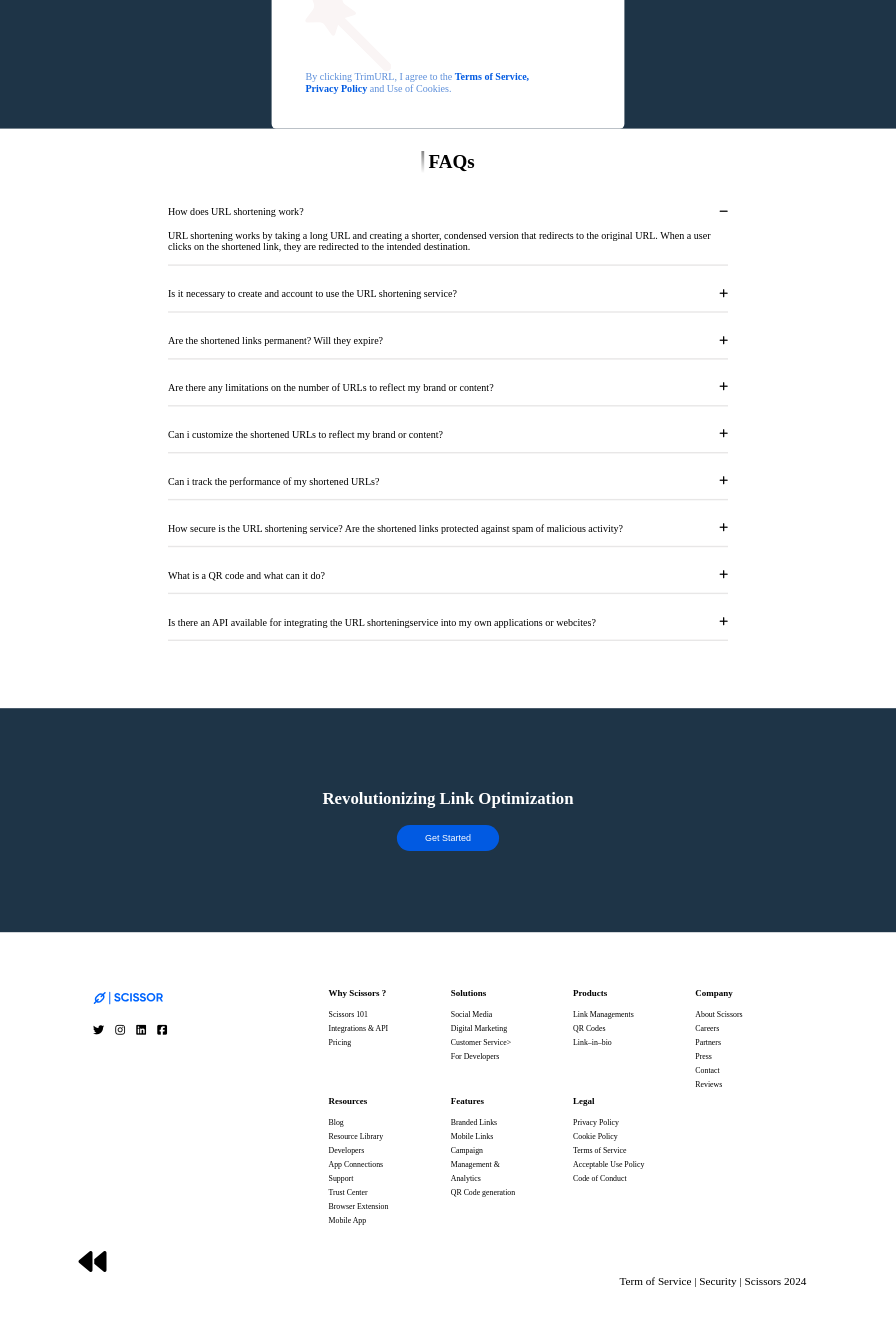
Repository: dark-txch/ass-1-6
Page: src/pages/scissors.html
The author's editor kept a copy of each file at every save. The page is drawn from the files as they stood at one save, then again after the next save.
The browser window is 1280 px wide. The pictures show the part of the page from y = 2484 to 4404 px (the page is 4404 px tall), at 70% of full size.
Some web libraries are served in a nearby version.

Above is the page before, as saved 2024-11-29 18:58:31.

After the next save:
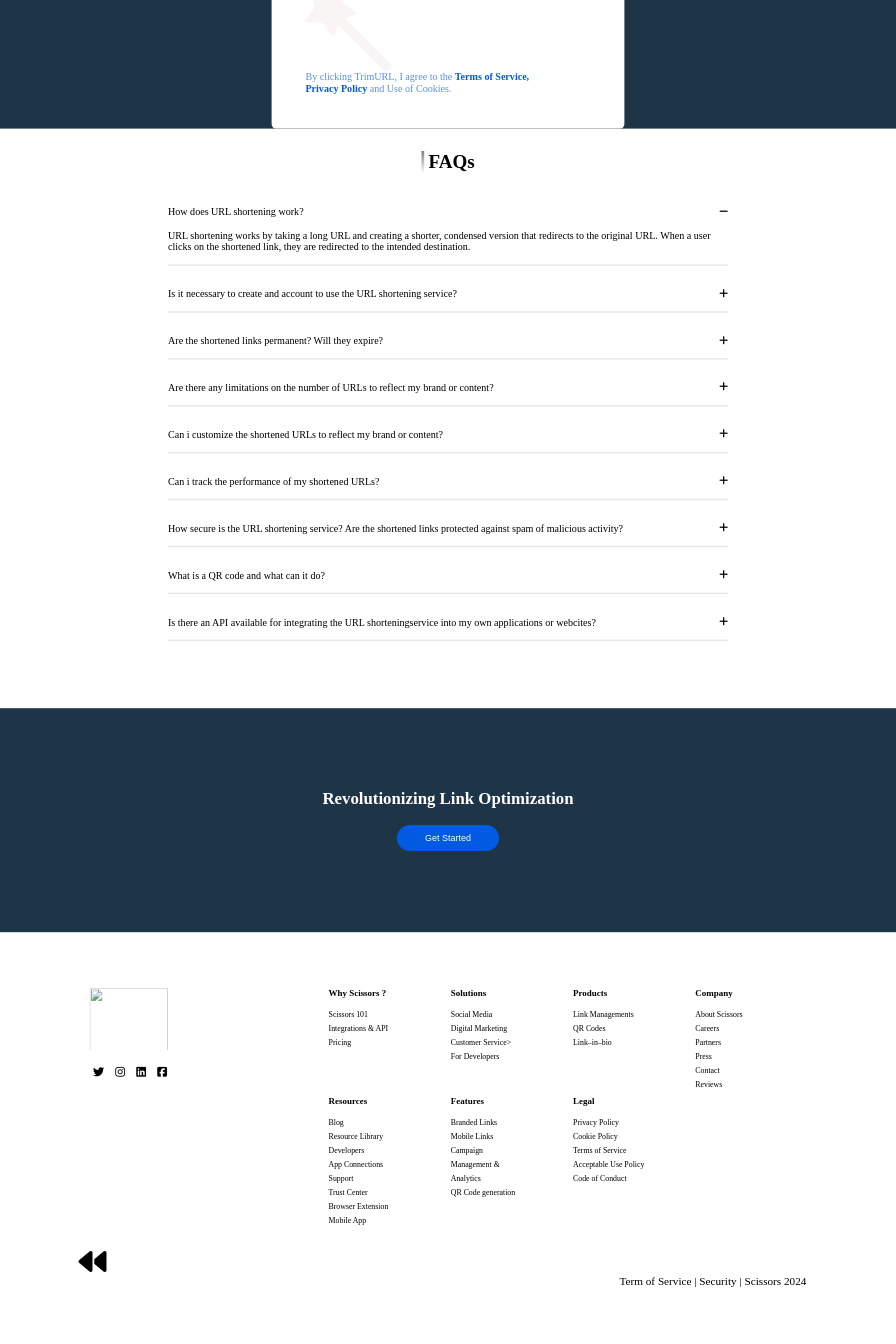
Saved 17 s later.
--- a/src/pages/scissors.html
+++ b/src/pages/scissors.html
@@ -361,7 +361,7 @@
 			<footer>
 				<div class="footerFlex">
 					<div id="footerIcons">
-						<span><img src="/assets/scissors/Logo.svg" alt="" /></span>
+						<span><img src="" alt="" /></span>
 						<ul>
 							<li>
 								<i class="fa-brands fa-twitter"></i>

After the 5 saves that followed:
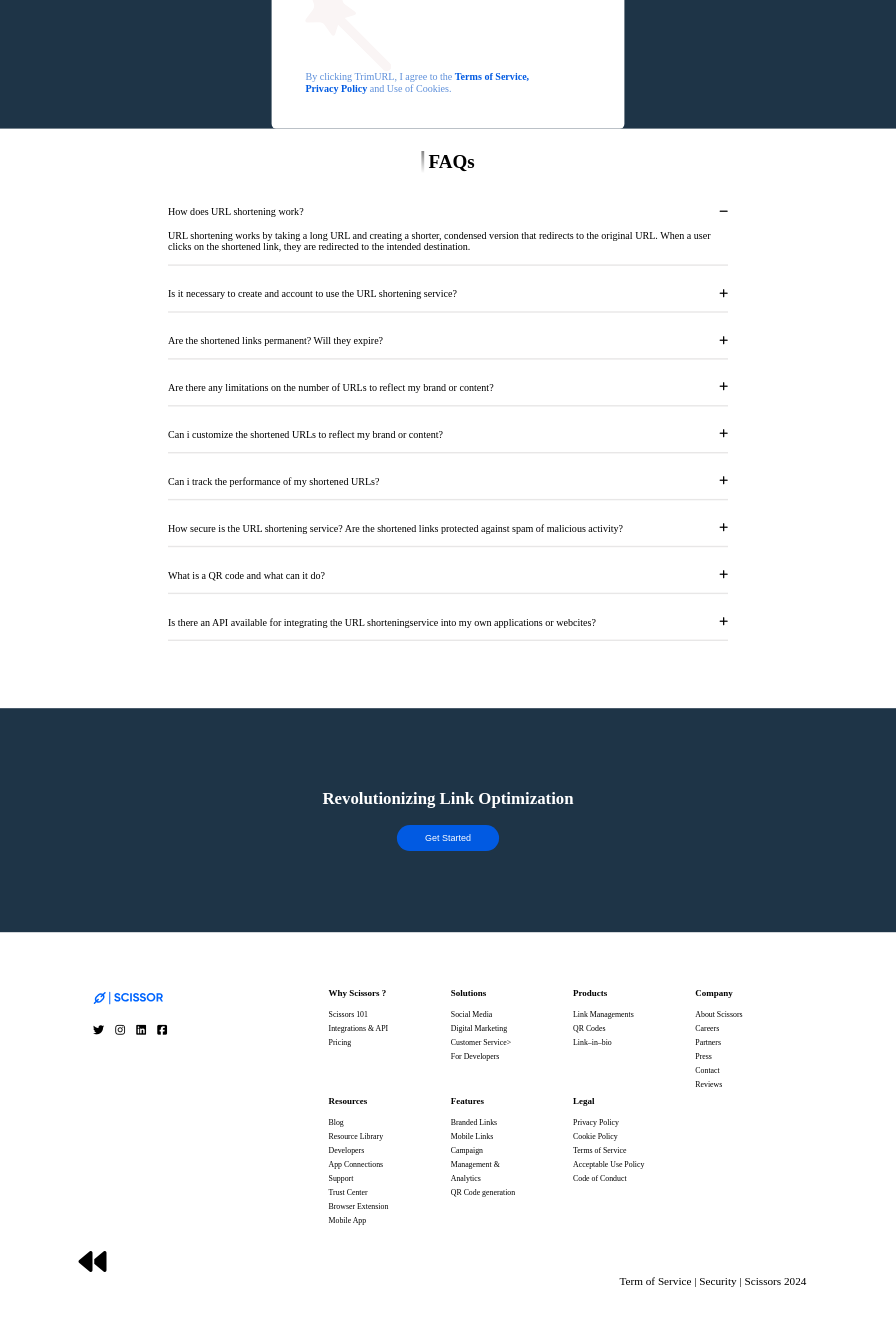
The 5 saves are shown as one change because they came seconds apart.
The last was saved 13 s later.
--- a/src/pages/scissors.html
+++ b/src/pages/scissors.html
@@ -361,7 +361,7 @@
 			<footer>
 				<div class="footerFlex">
 					<div id="footerIcons">
-						<span><img src="" alt="" /></span>
+						<span><img src="../../src/assets/scissors/Logo.svg" alt="" /></span>
 						<ul>
 							<li>
 								<i class="fa-brands fa-twitter"></i>
